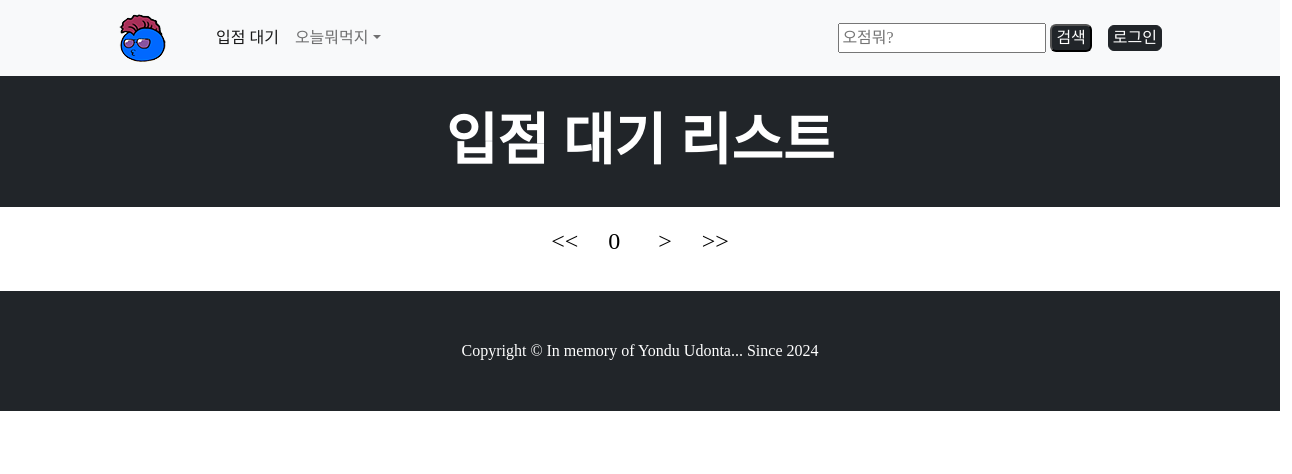
Repository: ashwan94/ydzone
Page: http://localhost/YonduZone/restaurant/vote
An editor plug-in stored every save of this project. The page is shown before and after a run of saves, followed by the edit.
The browser window is 1280 px wide. The page is 1292 px wide, so the pictures cover 1292 px, including what lies to the right of the window. The pictures show the whole page.
Some web fonts or font styles are not loaded; a fallback is used. The page is served by Tomcat 9.

Above is the page before, as saved 2024-05-01 22:54:28.

After the next 2 saves:
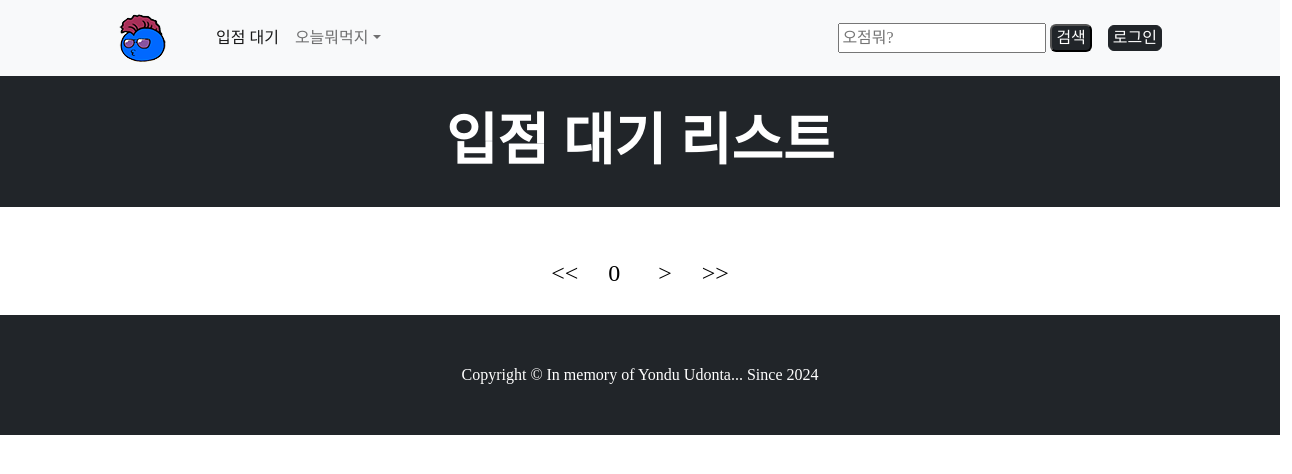
The 2 saves are shown as one change because they came seconds apart.
The last was saved 9 s later.
--- a/YonduZone/src/main/webapp/WEB-INF/views/restaurant/stanby.jsp
+++ b/YonduZone/src/main/webapp/WEB-INF/views/restaurant/stanby.jsp
@@ -150,7 +150,7 @@
 
 <div class="row mb-3 text-center fs-4">
 <div class="col-4"></div>
-<div class="col-4 my-3">
+<div class="col-4 mt-5 mb-2">
 <!-- 페이지 링크 -->
 <a href="/restaurant/stanby?currentPageNo=1" class="mx-2">&lt;&lt;</a>
 <c:if test="${pagination.currentPageNo > 1 }">
